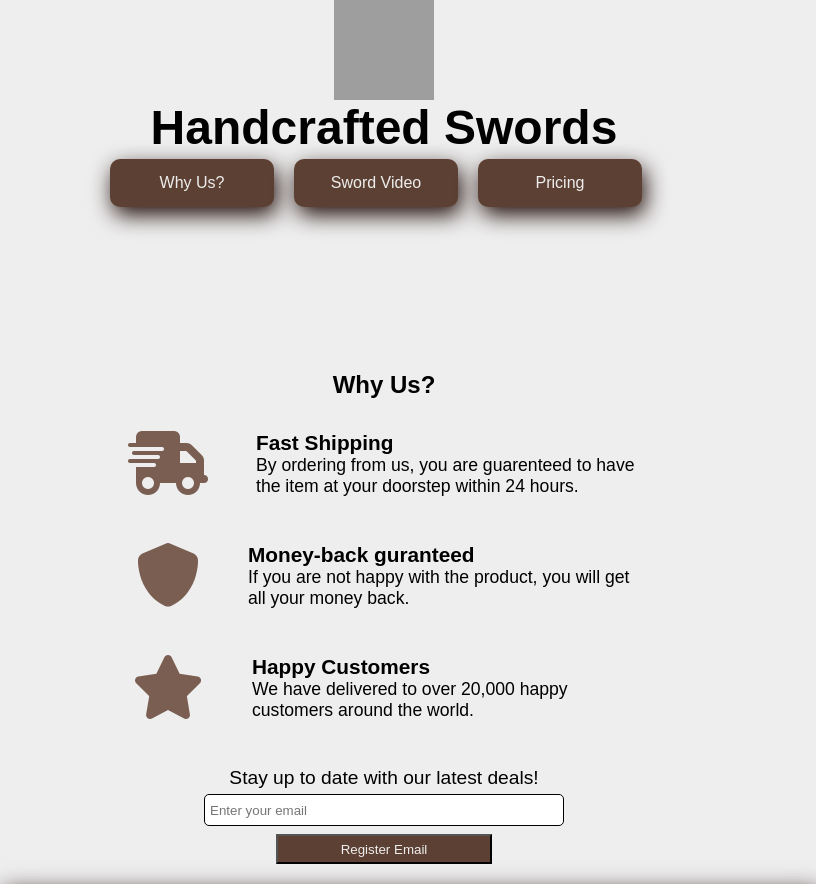
Repository: Pafestivo/Product-Landing-Page
Page: index.html
The author's editor kept a copy of each file at every save. The page is drawn from the files as they stood at one save, then again after the next save.
The browser window is 768 px wide. The page is 816 px wide, so the pictures cover 816 px, including what lies to the right of the window. The pictures show the part of the page from y = 0 to 884 px (the page is 1354 px tall).
Pictures or frames that could not be fetched are drawn as grey boxes. Some web libraries are served in a nearby version.

Above is the page before, as saved 2022-09-15 21:00:34.

### index.html
<!DOCTYPE html>
<html lang="en">
<head>
  <meta charset="UTF-8">
  <meta name="viewport" content="width=device-width, initial-scale=1.0">
  <link rel="stylesheet" href="styles.css">
  <script src="https://kit.fontawesome.com/e2364af56b.js" crossorigin="anonymous"></script>
  <title>Product Landing Page</title>
</head>

<body>
  <header id="header">
    <img
    id="header-img"
    src="https://static.vecteezy.com/system/resources/previews/002/323/268/non_2x/fist-icon-symbol-vector.jpg"
    width="100"
    height="100"
    />

    <h1 id="page-title">Handcrafted Swords</h1>

    <nav id="nav-bar">
      <a class="nav-link hover-effect" href="#why-us">Why Us?</a>
      <a class="nav-link hover-effect" href="#sword-video">Sword Video</a>
      <a class="nav-link hover-effect" href="#pricing">Pricing</a>
    </nav>
  </header>

  <main>
    <h2 id="why-us">Why Us?</h2>
    <div class="reason">
    <i class="fa-solid fa-truck-fast fa-4x"></i>
      <div class="reason-text">
        <h3>Fast Shipping</h3>
        <p>By ordering from us, you are guarenteed to have the item at your doorstep within 24 hours.</p>
      </div> <!-- /Reason-text-->
    </div> <!-- /Reason -->

    <div class="reason">
      <i class="fa-solid fa-shield fa-4x"></i>
      <div class="reason-text">
        <h3>Money-back guranteed</h3>
        <p>If you are not happy with the product, you will get all your money back.</p>
      </div> <!-- /Reason-text-->
    </div> <!-- /Reason -->

    <div class="reason">
      <i class="fa-solid fa-star fa-4x"></i>
      <div class="reason-text">
        <h3>Happy Customers</h3>
        <p>We have delivered to over 20,000 happy customers around the world.</p>
      </div> <!-- /Reason-text-->
      </div> <!-- /Reason -->


    <form id="form">
      <label for="email">Stay up to date with our latest deals!</label>
      <div class="input-field">
        <input
        id="email"
        type="email"
        placeholder="Enter your email"
        />
        <input
        class="hover-effect-sm"
        id="submit"
        type="submit"
        value="Register Email"
        action="https://www.freecodecamp.com/email-submit"
        />
      </div>

    </form>


    <iframe
    src="https://www.youtube.com/embed/0qC64jGCxBo?autoplay=1&mute=1"
    title="YouTube video player"
    frameborder="0"
    allow="accelerometer; autoplay; clipboard-write; encrypted-media; gyroscope; picture-in-picture"
    allowfullscreen>
    </iframe>

    <div id="prices">
      <div class="deal">

      </div><!-- /deal-->

      <div class="deal">

      </div><!-- /deal-->

      <div class="deal">

      </div><!-- /deal-->
    </div><!-- /Prices -->

  </main>
</body>
</html>

### styles.css
* {
  margin: 0;
  padding: 0;
}

html {
  box-sizing: border-box;
}

body {
  font-family: sans-serif;
  background-color: #eee;
  overflow-x: hidden;
}

/* header */
#nav-bar a {
  text-decoration: none;
  color: #eee;
  background-color: #5C4033;
  margin: 4px 2px;
  padding: 15px 32px;
  width: 100px;
  text-align: center;
  border-radius: 10px;
  transition: 0.5s;
  box-shadow: 3px 8px 22px rgb(32, 14, 11);
}

.hover-effect:hover {
  transform: scale(1.1);
}

.hover-effect-sm:hover {
  border: solid 3px #000;
}

header {
  display: grid;
  grid-template-columns: 1fr auto 1fr;
  align-items: center;
  position: fixed;
  width: 100%;
  background-color: #eee;
}

header h1 {
    font-size: 3em;
}

#nav-bar {
  display: flex;
  gap: 1rem;
  padding-right: 1rem;
  justify-self: end;
}
/* End of header */

/* Main  */
main {
  text-align: center;
}

/* Why us */
#why-us {
  padding: 10rem 0 2rem 0;
}

.reason {
  display: flex;
  justify-content: center;
}

.reason h3 {
  text-align: left;
  font-size: 1.3rem;
}

.reason p {
  width: 600px;
  font-size: 1.1rem;
  text-align: left;
}

.fa-solid {
  color: rgb(122, 94, 81);
  padding: 0 3rem 3rem 0;
}

@media only screen and (max-width: 600px) {
  #nav-bar {
    display: grid;
    grid-template-columns: 1fr;
    justify-content: center;
    margin-top: 1rem;
  }

  #nav-bar a {
    width: 70vw;
    transition: 0;
    margin-top: 1rem;
  }

  .hover-effect:hover {
    transform: none;
  }

  #why-us {
    padding: 4rem 0 1rem 0;
  }
}

@media only screen and (max-width: 1000px) {
  header {
    grid-template-columns: 1fr;
    place-items: center;
    position: static;
  }

  #nav-bar {
    justify-self: center;
  }

  .reason p {
    max-width: 50vw;
  }
}
/* End of why us */

/* Email form */
form {
  display: grid;
  max-width: 600px;
  margin: 0 auto;
  row-gap: 5px;
}

.input-field {
  display: flex;
  margin: 0 auto;
  flex-wrap: wrap;
  row-gap: 8px;
  width: 60%;
  justify-content: center;
}

label {
  font-size: 1.2rem;
}

#email {
  height: 30px;
  width: 100%;
  border-radius: 5px;
  border: solid 1px #000;
}

#email::placeholder {
  padding-left: 5px
}

#submit {
  width: 60%;
  height: 30px;
  justify-self: start;
  background-color: #5C4033;
  color: #eee;
  cursor: pointer;
  transition: 0.1s;
}
/* End of email form */

/* Video area */
iframe {
  margin-top: 20px;
  width: 800px;
  height: 450px;
  border: solid 8px rgb(142, 104, 91);
  box-shadow: 3px 8px 22px rgb(32, 14, 11);
}
/* End of video area */


/* End of main */

After the next save:
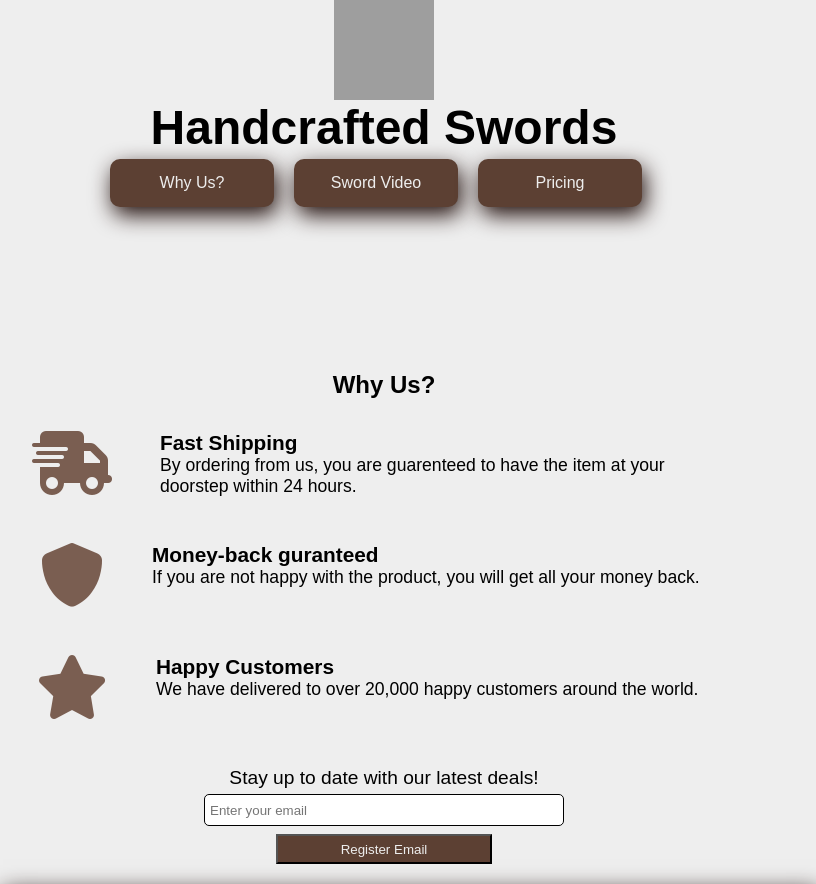
Saved 10 s later.
--- a/styles.css
+++ b/styles.css
@@ -122,7 +122,7 @@
   }
 
   .reason p {
-    max-width: 50vw;
+    max-width: 75vw;
   }
 }
 /* End of why us */
